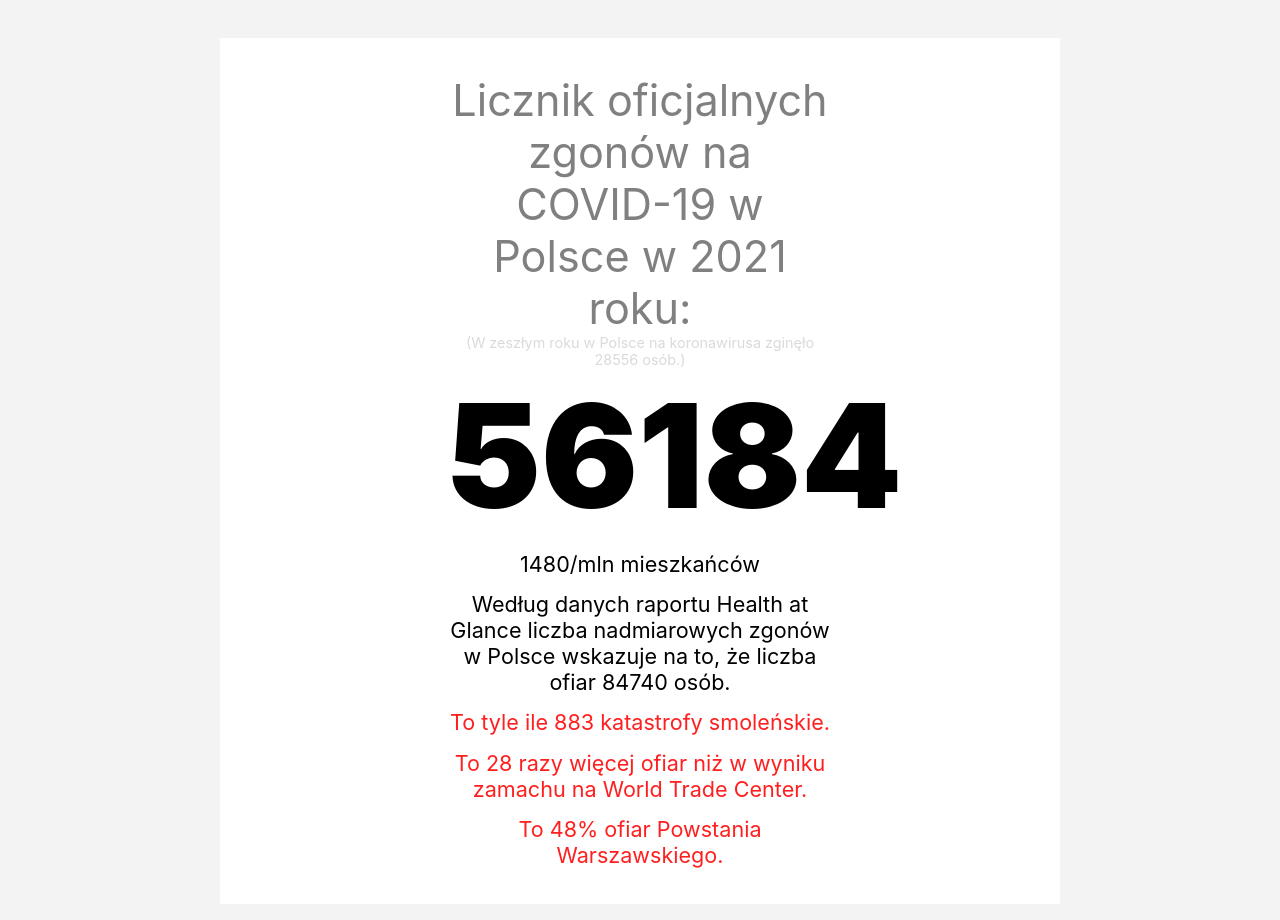
Repository: michalgornicki/poland-covid
Page: /
These files come from the project's save history. The page is drawn as it stood at one moment and after a run of saves; the edit follows.
The browser window is 1280 px wide. The pictures show the whole page.
The project was rebuilt for these pictures with package versions that can differ from the ones it lists, and the page was loaded fresh each time.

Above is the page before, as saved 2021-12-04 21:08:56.

### src/App.jsx
import React, { useEffect } from "react";
import "./App.css";

function App() {
  const startTime = () => {
    const date = new Date();
    let miliseconds = date.getTime();
    let seconds = Math.round(miliseconds / 1000);
    let thisYearSeconds = Math.round(seconds - 1609401600);
    let deaths = Math.round(thisYearSeconds * 0.00192110763);
    let allDeaths = deaths + 28556;
    let excessDeaths = allDeaths*1.85;
    let smolensk = Math.round(allDeaths / 96);
    let tradeCenter = Math.round(allDeaths / 2977);
    let uprising = (allDeaths / 175000).toFixed(2) * 100;


    document.getElementsByClassName("counter")[0].innerHTML = deaths;
    let deathsPerMillion = Math.round(deaths / 37.95);
    document.getElementsByClassName("counter-2")[0].innerHTML =
      deathsPerMillion + "/mln mieszkańców";
    document.getElementsByClassName("counter-3")[0].innerHTML =
      "Łącznie na Covid-19 zginęło w Polsce już " + (deaths + 28556) + " osób.";
      document.getElementsByClassName("counter-3")[0].innerHTML =
      "Według danych raportu Health at Glance liczba nadmiarowych zgonów w Polsce wskazuje na to, że liczba ofiar " + (deaths + 28556) + " osób.";
    document.getElementsByClassName("counter-4")[0].innerHTML =
      "To tyle ile " + smolensk + " katastrofy smoleńskie.";
      document.getElementsByClassName("counter-4")[1].innerHTML =
      "To " + tradeCenter + " razy więcej ofiar niż w wyniku zamachu na World Trade Center.";
      document.getElementsByClassName("counter-4")[2].innerHTML =
      "To " + uprising + "% ofiar Powstania Warszawskiego.";

    setTimeout(startTime, 1000);
  };

  useEffect(() => {
    startTime();
  });

  return (
    <p>
      <div className="text-container">
        <div className="header">
          Licznik oficjalnych zgonów na COVID-19 w Polsce w 2021 roku:
        </div>
        <div className="header-2">
          (W zeszłym roku w Polsce na koronawirusa zginęło 28556 osób.)
        </div>
        <div className="counter">{""}</div>
        <div className="counter-2">{""}</div>
        <div className="counter-3"></div>
        <div className="counter-4"></div>
        <div className="counter-4"></div>
        <div className="counter-4"></div>
      </div>
    </p>
  );
}

export default App;

### src/App.css
body{
    background-color: rgb(243, 243, 243);
}

.text-container{
    display: block;
    margin: auto;
    margin-top: 3%;
    background-color: white;
    width: 60%;
    padding: 5vmin;
}

.header{
    font-size: 6vmin;
    display: block;
    margin: auto;
    width: 50%;
    text-align: center;
    color: gray;
}

.header-2{
    font-size: 2vmin;
    display: block;
    margin: auto;
    width: 50%;
    text-align: center;
    color: rgb(218, 218, 218);
}

.counter{
    font-size: 20vmin;
    font-weight: 900;
    display: block;
    margin: auto;
    width: 50%;
    text-align: center;
    color: rgb(0, 0, 0);
}

.counter-2{
    font-size: 3vmin;
    display: block;
    margin: auto;
    margin-top: 1vmin;
    width: 50%;
    text-align: center;
}

.counter-3{
    font-size: 3vmin;
    display: block;
    margin: auto;
    margin-top: 2vmin;
    width: 50%;
    text-align: center;
    color: rgb(0, 0, 0);
}

.counter-4{
    font-size: 3vmin;
    display: block;
    margin: auto;
    margin-top: 2vmin;
    width: 50%;
    text-align: center;
    color: rgb(255, 31, 31);
}

@media only screen and (max-width: 800px) {

    .text-container{
        display: block;
        margin: auto;
        margin-top: 3%;
        background-color: white;
        width: 90%;
        padding: 5vmin;
    }

    .header{
        font-size: 9vmin;
        display: block;
        margin: auto;
        width: 100%;
        text-align: center;
        color: gray;
    }

    .header-2{
        font-size: 5vmin;
        display: block;
        margin: auto;
        width: 100%;
        text-align: center;
        color: rgb(218, 218, 218);
    }

    .counter{
        font-size: 28vmin;
        font-weight: 900;
        display: block;
        margin: auto;
        width: fit-content;
        text-align: center;
        color: rgb(0, 0, 0);
    }

    .counter-2{
        font-size: 6vmin;
        display: block;
        margin: auto;
        margin-top: 1vmin;
        width: fit-content;
        text-align: center;
    }

    .counter-3{
        font-size: 6vmin;
        display: block;
        margin: auto;
        margin-top: 2vmin;
        width: fit-content;
        text-align: center;
        color: rgb(0, 0, 0);
    }

    .counter-4{
        font-size: 6vmin;
        display: block;
        margin: auto;
        margin-top: 10vmin;
        width: fit-content;
        text-align: center;
        color: rgb(255, 31, 31);
    }
}

Loaded but not shown: public/index.html (common file); src/index.js (common file); src/index.css (common file); src/reportWebVitals.js (common file)

After the next 7 saves:
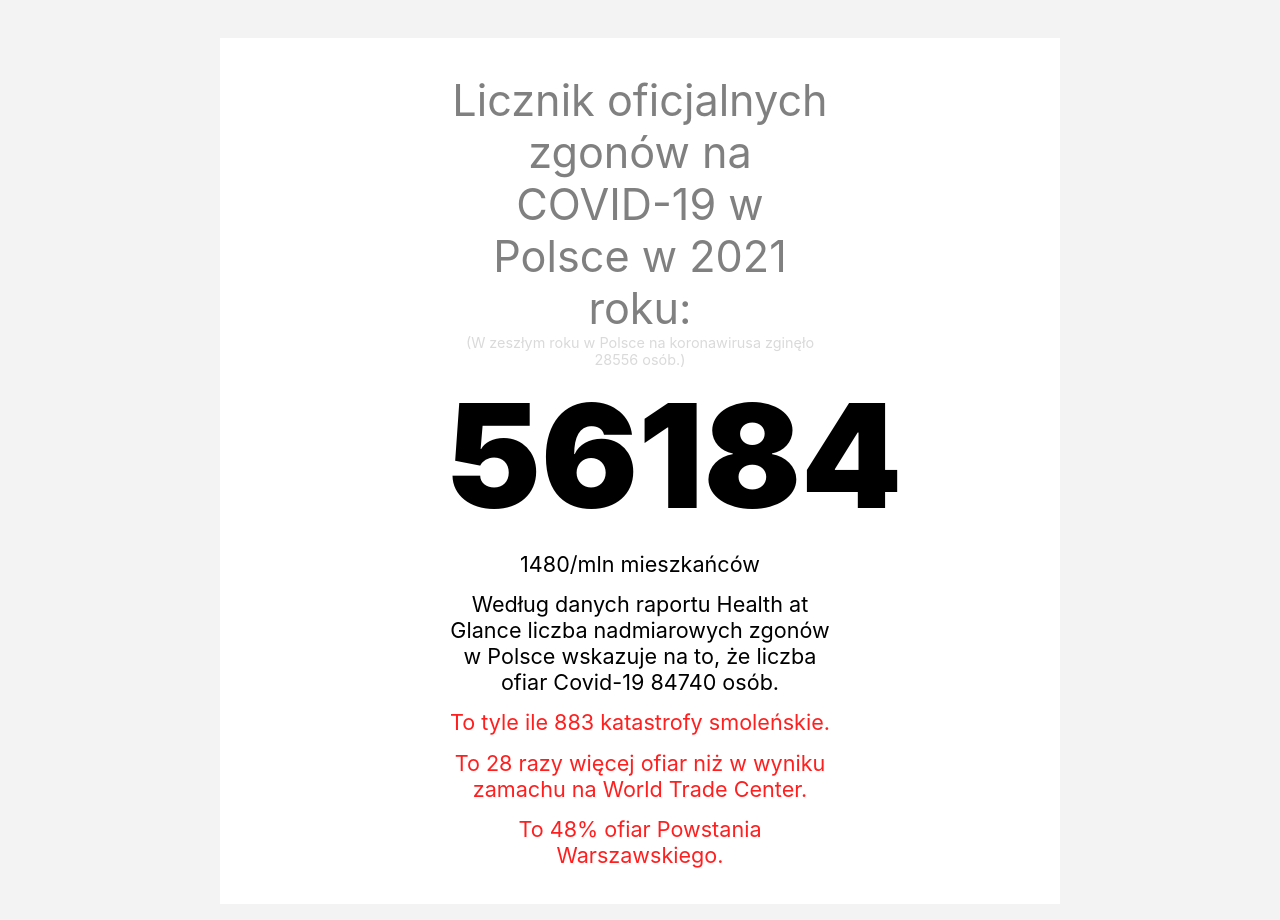
The 7 saves are shown as one change because they came seconds apart.
The last was saved 12 s later.
--- a/src/App.jsx
+++ b/src/App.jsx
@@ -22,7 +22,7 @@ function App() {
     document.getElementsByClassName("counter-3")[0].innerHTML =
       "Łącznie na Covid-19 zginęło w Polsce już " + (deaths + 28556) + " osób.";
       document.getElementsByClassName("counter-3")[0].innerHTML =
-      "Według danych raportu Health at Glance liczba nadmiarowych zgonów w Polsce wskazuje na to, że liczba ofiar " + (deaths + 28556) + " osób.";
+      "Według danych raportu Health at Glance liczba nadmiarowych zgonów w Polsce wskazuje na to, że liczba ofiar Covid-19 " + (deaths + 28556) + " osób.";
     document.getElementsByClassName("counter-4")[0].innerHTML =
       "To tyle ile " + smolensk + " katastrofy smoleńskie.";
       document.getElementsByClassName("counter-4")[1].innerHTML =
